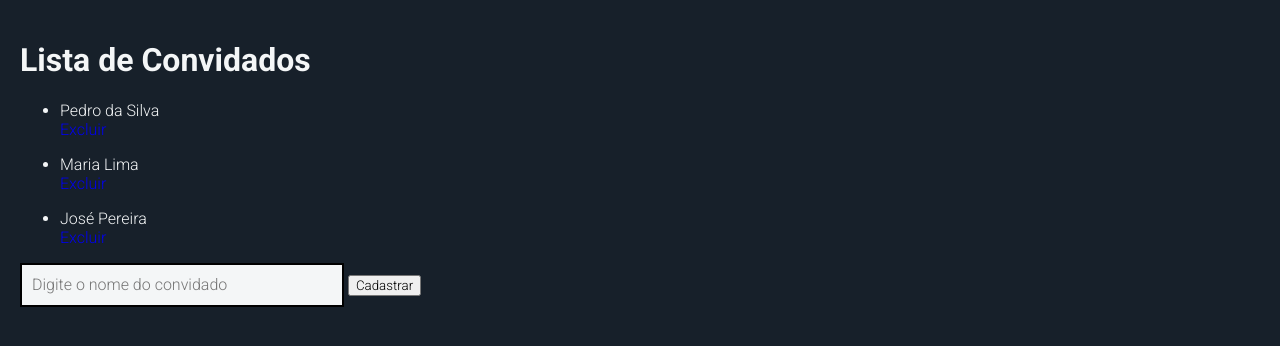
Repository: andrevff/lista-de-convidados
Page: index.html
The author's editor kept a copy of each file at every save. The page is drawn from the files as they stood at one save, then again after a run of saves.
The browser window is 1280 px wide. The pictures show the whole page.

Above is the page before, as saved 2022-11-29 17:34:11.

After the next 5 saves:
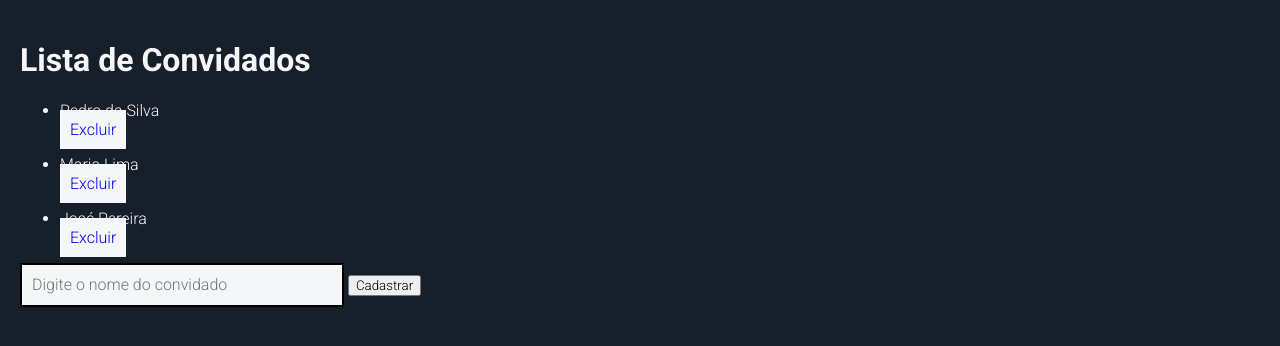
The 5 saves are shown as one change because they came seconds apart.
The last was saved 20 s later.
--- a/assets/css/styles.css
+++ b/assets/css/styles.css
@@ -16,7 +16,8 @@
 
 a {
     text-decoration: none;
-    background-color:
+    background-color: #F4F6F7;
+    padding: 10px
 }
 
 input {
